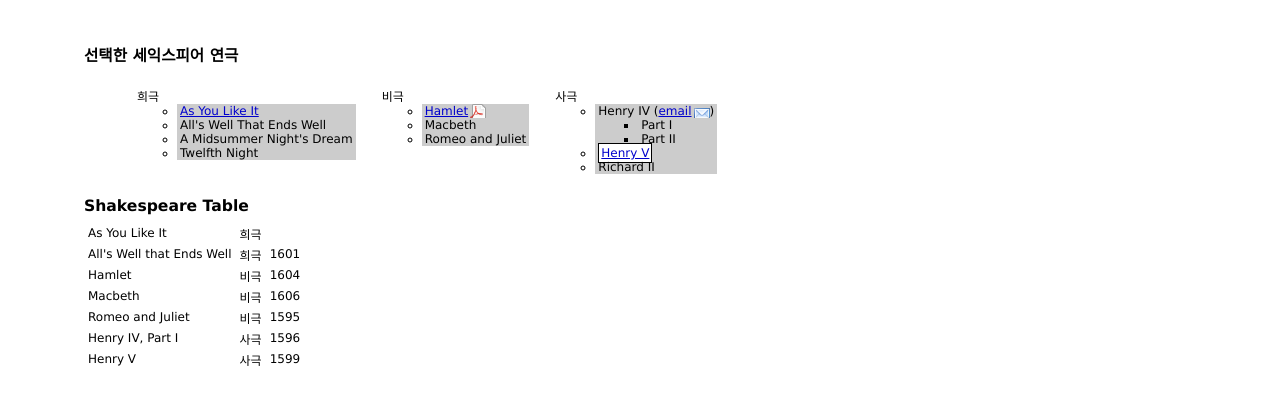
Repository: RyuJelly/211
Page: java_web/jQuery/WebContent/chap02/index.html
The author's editor kept a copy of each file at every save. The page is drawn from the files as they stood at one save, then again after the next save.
The browser window is 1280 px wide. The pictures show the whole page.

Above is the page before, as saved 2021-03-15 03:41:24.
Console error (its wording comes from the project's code and is left out).

### java_web/jQuery/WebContent/chap02/index.html
<!DOCTYPE html PUBLIC "-//W3C//DTD XHTML 1.0 Transitional//EN"
	"http://www.w3.org/TR/xhtml1/DTD/xhtml1-transitional.dtd">

<html xmlns="http://www.w3.org/1999/xhtml" xml:lang="en" lang="en">
<head>
	<meta http-equiv="Content-Type" content="text/html; charset=utf-8"/>

	<title>Selected ShakeSpeare Plays</title>
	<link rel="stylesheet" href="../css/default.css" type="text/css" media="screen" />
	<link rel="stylesheet" href="chapter2.css" type="text/css" media="screen" />

	<script src="jquery.js" type="text/javascript"></script>
  <script src="chapter2.js" type="text/javascript"></script>

</head>
<body>
<div id="container">

<h2>선택한 세익스피어 연극</h2>
<ul id="selected-plays" class="clear-after">
  <li>희극
    <ul>
    	<li><a href="/asyoulikeit/">As You Like It</a></li>
    	<li>All's Well That Ends Well</li>
    	<li>A Midsummer Night's Dream</li>
    	<li>Twelfth Night</li>
    </ul>
  </li>
  <li>비극
    <ul>
    	<li><a href="hamlet.pdf">Hamlet</a></li>
    	<li>Macbeth</li>
    	<li>Romeo and Juliet</li>
    </ul>
  </li>
  <li>사극
    <ul>
    	<li>Henry IV (<a href="mailto:henryiv@king.co.uk">email</a>)
        <ul>
          <li>Part I</li>
          <li>Part II</li>
			  </ul>
			</li>
			<li><a href="http://www.shakespeare.co.uk/henryv.htm">Henry V</a></li>
			<li>Richard II</li>
    </ul>
  </li>
</ul>
<h2>Shakespeare Table</h2>
<table>
  <tr>
  	<td>As You Like It</td>
  	<td>희극</td>
  	<td></td>
  </tr>
  <tr>
  	<td>All's Well that Ends Well</td>
  	<td>희극</td>
  	<td>1601</td>
  </tr>
  <tr>
  	<td>Hamlet</td>
  	<td>비극</td>
  	<td>1604</td>
  </tr>
  <tr>
  	<td>Macbeth</td>
  	<td>비극</td>
  	<td>1606</td>
  </tr>
  <tr>
  	<td>Romeo and Juliet</td>
  	<td>비극</td>
  	<td>1595</td>
  </tr>
  <tr>
  	<td>Henry IV, Part I</td>
  	<td>사극</td>
  	<td>1596</td>
  </tr>
  <tr>
  	<td>Henry V</td>
  	<td>사극</td>
  	<td>1599</td>
  </tr>
</table>
<!-- <h2>from Benjamin Franklin's <em>Autobiography</em></h2>
<p>Thus refreshed, I walked again up the street, which by this time had many clean-dressed people in it, who were all walking the same way. I joined them, and thereby was led into the great meeting-house of the Quakers near the market. I sat down among them, and, after looking round awhile and hearing nothing said, being very drowsy thro’ labor and want of rest the preceding night, I fell fast asleep, and continued so till the meeting broke up, when one was kind enough to rouse me. This was, therefore, the first house I was in, or slept in, in Philadelphia.</p> -->
</div>
</body>
</html>

### java_web/jQuery/WebContent/chap09/default.css
body {
  font: 62.5% Arial, Verdana, sans-serif;
}

#container {
  padding: 20px 60px 100px;
}
h1 {
  font-size: 2.5em;
  margin-bottom: 1em;
}
h2 {
  font-size: 1.3em;
  margin-bottom: .5em;
}
h3 {
  font-size: 1.1em;
  margin-bottom: 0;
}

### java_web/jQuery/WebContent/chap02/chapter2.css
/***************************************
   =default styles
************************************** */

html, body {
  margin: 0;
  padding: 0;
}

body {
  font: 62.5% Verdana, Helvetica, Arial, sans-serif;
  color: #000;
  background: #fff;
}
#container {
  font-size: 1.2em;
  margin: 10px 2em;
}

h1 {
  font-size: 2.5em;
  margin-bottom: 0;
}

h2 {
  font-size: 1.3em;
  margin-bottom: .5em;
}
h3 {
  font-size: 1.1em;
  margin-bottom: 0;
}

code {
  font-size: 1.2em;
}

a {
  color: #06581f;
}
/* ----------------------------
=Aslett Clearing Method for floats
-------------------------------*/
.clear-after:after {
  content: ".";
  display: block;
  height: 0;
  clear: both;
  visibility: hidden;
  }
.clear-after {display: inline-block;}
/* backslash hack hides from IE Mac \*/
	* html .clear-after {height: 1%;}
	.clear-after {display: block;}
/* end backslash hack */


/***************************************
   =chapter styles
************************************** */

li {
  padding: 0 3px;
}
.horizontal {
  float: left;
  list-style: none;
  margin: 10px;
}
.sub-level {
  background: #ccc;
}
a {
  color: #00c;
}
a.mailto {
  background: url(images/email.png) no-repeat 100% 2px;
  padding-right: 18px;
}
a.pdflink {
  background: url(images/pdf.png) no-repeat 100% 0;
  padding-right: 18px;
}
a.henrylink {
  background-color: #fff;
  padding: 2px;
  border: 1px solid #000;
}
a.external {
  background: #fff url(images/external.png) no-repeat 100% 2px;
  padding-right: 16px;
}

table {
  border-collapse: collapse;
}
th, td {
  text-align: left;
  padding: 2px 4px;
}
.table-heading {
  background-color: #000;
  color: #fff;

}

.alt {
  background-color: #ccc;
}

.highlight {
  font-weight: bold;
  font-style: italic;
}

.italic {
  font-style: italic;
}
.bold {
  font-weight: bold;
}

### java_web/jQuery/WebContent/chap02/chapter2.js
$(function(){
	$('#selected-plays > li').addClass('horizontal');
	$('#selected-plays li:not("#selected-plays > li")').addClass('sub-level');
	$('a[href $= pdf]').addClass('pdflink');
	$('a[href ^= mailto]').addClass('mailto');
	$('a[href *= henry]:not(.mailto)').addClass('henrylink');
	$('td:ntd-child(2n)').addClass('alt');
});

Loaded but not shown: java_web/jQuery/WebContent/chap02/jquery.js (library)

After the next save:
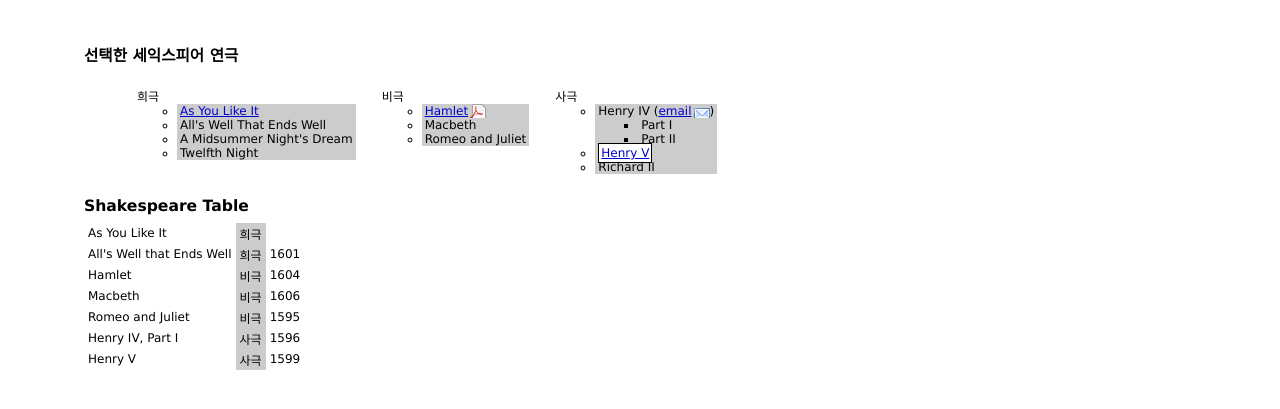
The error is gone.
Saved 30 s later.
--- a/java_web/jQuery/WebContent/chap02/chapter2.js
+++ b/java_web/jQuery/WebContent/chap02/chapter2.js
@@ -4,5 +4,5 @@ $(function(){
 	$('a[href $= pdf]').addClass('pdflink');
 	$('a[href ^= mailto]').addClass('mailto');
 	$('a[href *= henry]:not(.mailto)').addClass('henrylink');
-	$('td:ntd-child(2n)').addClass('alt');
+	$('td:nth-child(2n)').addClass('alt');
 });
